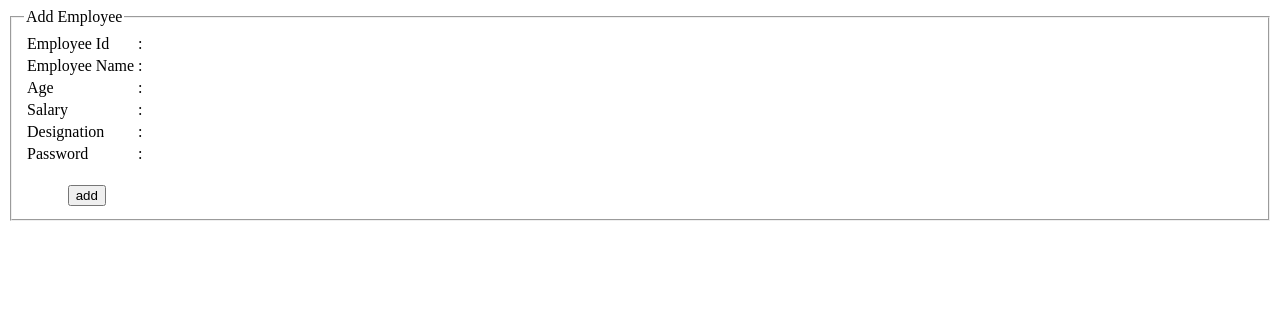
Repository: AbhayaAdarsh/TY_CG_HTD_BANGLORENOVEMBER_JFS_ABHAYAADARSH
Page: http://localhost/mywebapp/AddEmpJspForm.jsp
An editor plug-in stored every save of this project. The page is shown before and after the next save, followed by the edit.
The browser window is 1280 px wide. The pictures show the whole page.
The page is served by Tomcat 9. Nobody is signed in. The application's start-up code is not run. Other server files are loaded and not shown.

Above is the page before, as saved 2019-12-17 18:29:12.

### Back End/Servlets/mywebapp/src/main/webapp/AddEmpJspForm.jsp
<%@page import="com.capgemini.mywebapp.bean.EmployeeInfoBean"%>
<%@ page language="java" contentType="text/html; charset=ISO-8859-1"
    pageEncoding="ISO-8859-1"%>
    <%@ page session="false" %>
    <% EmployeeInfoBean employeeInfoBean=(EmployeeInfoBean)request.getAttribute("employeeInfoBean");%>
<!DOCTYPE html>
<html>
<head>
<meta charset="ISO-8859-1">
<title>Insert title here</title>
</head>
<body>
<fieldset>
<legend>Add Employee</legend>
<form action="./addEmployee1" method="post">
<table>
<tr>
 <td>Employee Id</td>
 <td>:</td>
 <td input type="number" name="empId" required></td>
</tr>
<tr>
 <td>Employee Name</td>
 <td>:</td>
 <td input type="text" name="name" required></td>
</tr>
<tr>
 <td>Age</td>
 <td>:</td>
 <td input type="number" name="age" required></td>
</tr>
<tr>
 <td>Salary</td>
 <td>:</td>
 <td input type="number" name="salary" required></td>
</tr>
<tr>
 <td>Designation</td>
 <td>:</td>
 <td input type="text" name="designation" required></td>
</tr>
<tr>
 <td>Password</td>
 <td>:</td>
 <td input type="password" name="password" required></td>
</tr>
<tr>
 <td colspan="3" align="center"><br>
 <input type="submit" value="add"></td>
</tr>
</table>
</form>
</fieldset>
</body>
</html>

After the next save:
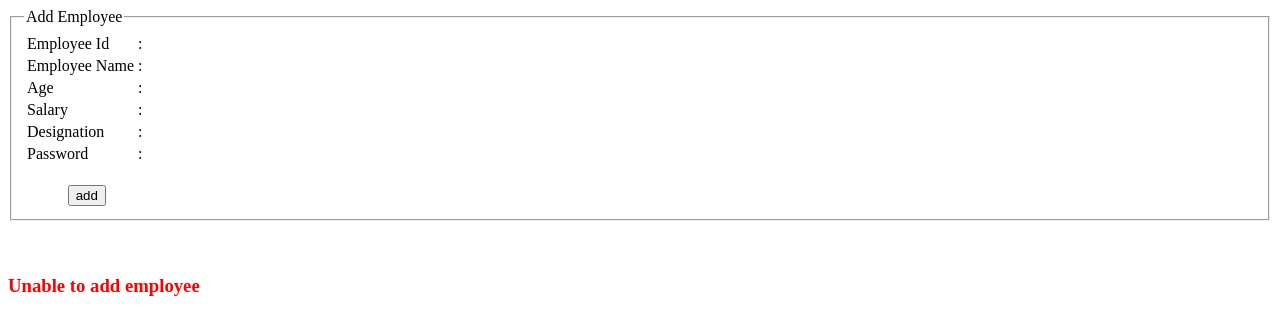
Saved 12 min 34 s later.
--- a/Back End/Servlets/mywebapp/src/main/webapp/AddEmpJspForm.jsp
+++ b/Back End/Servlets/mywebapp/src/main/webapp/AddEmpJspForm.jsp
@@ -51,5 +51,12 @@
 </table>
 </form>
 </fieldset>
+
+<br><br>
+<% if(employeeInfoBean==null){%>
+<h3 style="color:red;">Unable to add employee</h3>
+<%} else {%>
+<h3 style="color:green;">Employee added successfully</h3>
+<%}%>
 </body>
 </html>
